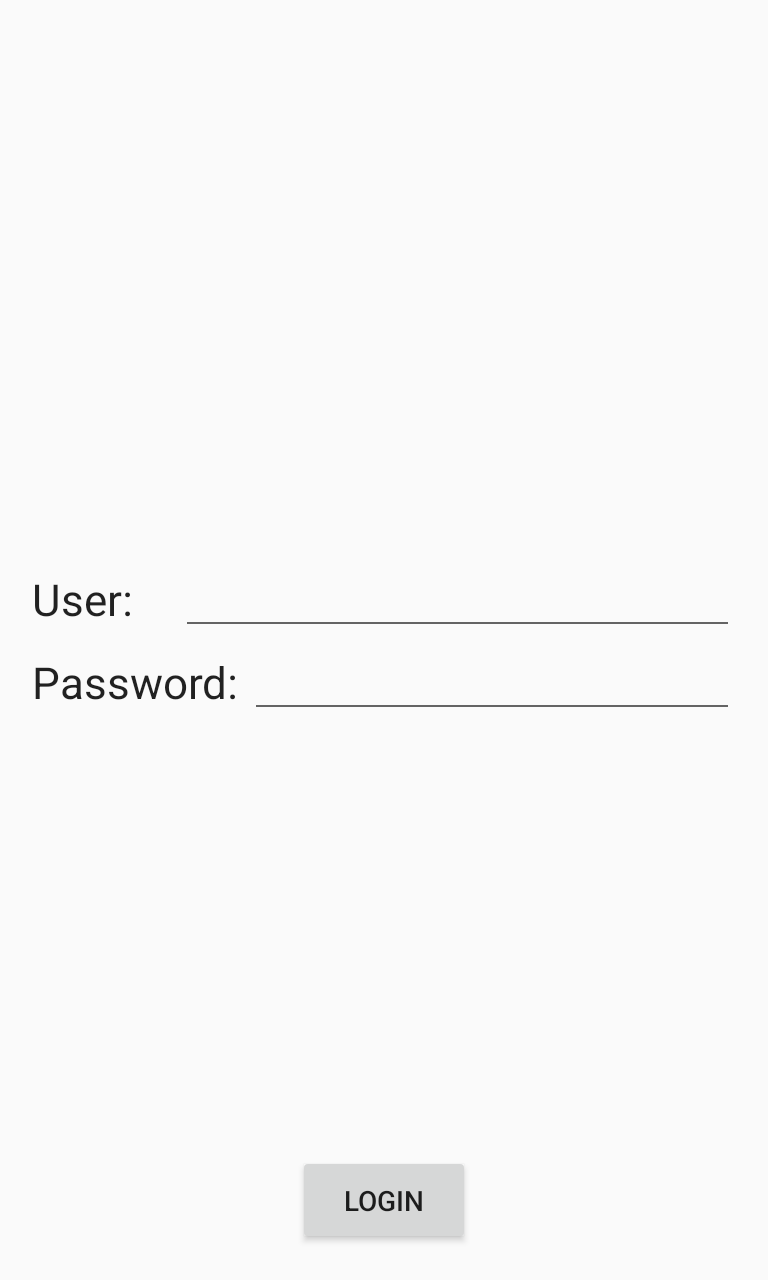
Repository: Y-GO/YGO_Parking_Project_Client
Layout: Ygo_Parking_Project/res/layout/activity_login.xml
These files come from the project's save history. The layout is drawn as it stood at one moment and after the next save; the edit follows.
It is drawn on a 768 x 1280 px phone screen (xhdpi) without system bars, with theme AppTheme; the app's code is not run.

Above is the layout before, as saved 2014-07-28 09:55:42.

### Ygo_Parking_Project/res/layout/activity_login.xml
<RelativeLayout xmlns:android="http://schemas.android.com/apk/res/android"
    xmlns:tools="http://schemas.android.com/tools"
    android:layout_width="fill_parent"
    android:layout_height="fill_parent"
    android:paddingBottom="@dimen/activity_vertical_margin"
    android:paddingLeft="@dimen/activity_horizontal_margin"
    android:paddingRight="@dimen/activity_horizontal_margin"
    android:paddingTop="@dimen/activity_vertical_margin"
    tools:context="com.ygo.ygo_parking_project.MainActivity" >

    <LinearLayout
        android:layout_width="fill_parent"
        android:layout_height="wrap_content"
        android:layout_centerInParent="true"
        android:orientation="vertical" >

        <LinearLayout
            android:layout_width="match_parent"
            android:layout_height="wrap_content"
            android:layout_gravity="center"
            android:orientation="vertical" >

            <LinearLayout
                android:layout_width="match_parent"
                android:layout_height="wrap_content" >

                <TextView
                    android:id="@+id/textView1"
                    android:layout_width="wrap_content"
                    android:layout_height="wrap_content"
                    android:layout_weight="0.25"
                    android:text="@string/user"
                    android:textAppearance="?android:attr/textAppearanceLarge" />

                <EditText
                    android:id="@+id/editUserName"
                    android:layout_width="wrap_content"
                    android:layout_height="wrap_content"
                    android:layout_weight="0.74"
                    android:ems="10" android:inputType="text"/>
            </LinearLayout>
        </LinearLayout>

        <LinearLayout
            android:layout_width="match_parent"
            android:layout_height="wrap_content"
            android:layout_gravity="center"
            android:orientation="vertical" >

            <LinearLayout
                android:layout_width="match_parent"
                android:layout_height="wrap_content"
                android:layout_weight="0.1" >

                <TextView
                    android:id="@+id/textView2"
                    android:layout_width="wrap_content"
                    android:layout_height="wrap_content"
                    android:layout_weight="0.1"
                    android:text="@string/password"
                    android:textAppearance="?android:attr/textAppearanceLarge" />

                <EditText
                    android:id="@+id/editPassword"
                    android:layout_width="wrap_content"
                    android:layout_height="wrap_content"
                    android:layout_weight="0.74"
                    android:ems="10"
                    android:inputType="textPassword" />

            </LinearLayout>

        </LinearLayout>
    </LinearLayout>

    <Button
        android:id="@+id/buttonLogIn"
        android:layout_width="wrap_content"
        android:layout_height="wrap_content"
        android:layout_alignParentBottom="true"
        android:layout_alignWithParentIfMissing="false"
        android:layout_centerHorizontal="true"
        android:text="@string/login" />

</RelativeLayout>

### Ygo_Parking_Project/res/values/strings.xml
<?xml version="1.0" encoding="utf-8"?>
<resources>

    <string name="app_name">Ygo_Parking_Project</string>
    <string name="hello_world">Hello world!</string>
    <string name="action_settings">Settings</string>
    <string name="medium_text">Medium Text</string>
    <string name="login">Login</string>
    <string name="user_">"User: "</string>
    <string name="user">User:</string>
    <string name="password">Password:</string>

</resources>

Loaded but not shown: Ygo_Parking_Project/res/values/styles.xml (common file); Ygo_Parking_Project/res/values-v11/styles.xml (common file); Ygo_Parking_Project/res/values-v14/styles.xml (common file); Ygo_Parking_Project/res/values/dimens.xml (common file); Ygo_Parking_Project/res/values-w820dp/dimens.xml (common file)

After the next save:
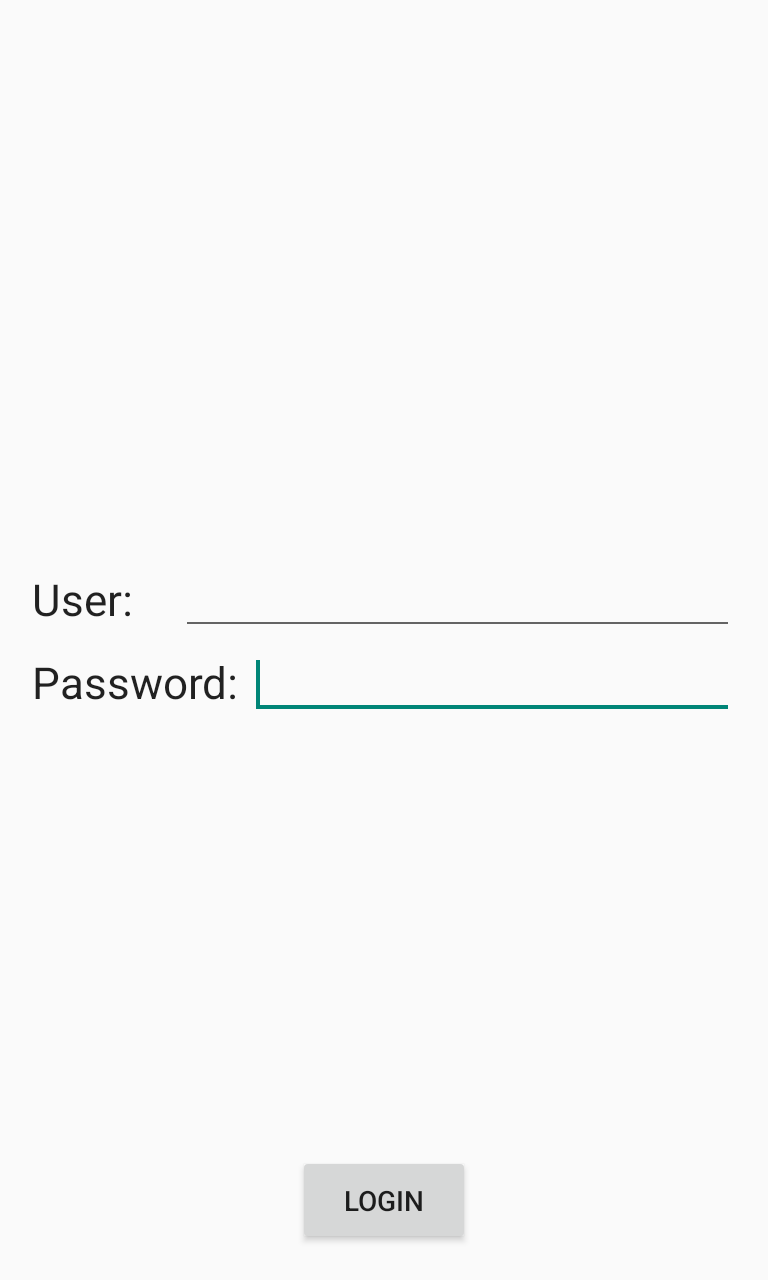
Saved 2 min 6 s later.
--- a/Ygo_Parking_Project/res/layout/activity_login.xml
+++ b/Ygo_Parking_Project/res/layout/activity_login.xml
@@ -39,18 +39,10 @@
                     android:layout_weight="0.74"
                     android:ems="10" android:inputType="text"/>
             </LinearLayout>
-        </LinearLayout>
-
-        <LinearLayout
-            android:layout_width="match_parent"
-            android:layout_height="wrap_content"
-            android:layout_gravity="center"
-            android:orientation="vertical" >
 
             <LinearLayout
                 android:layout_width="match_parent"
-                android:layout_height="wrap_content"
-                android:layout_weight="0.1" >
+                android:layout_height="wrap_content" >
 
                 <TextView
                     android:id="@+id/textView2"
@@ -66,8 +58,10 @@
                     android:layout_height="wrap_content"
                     android:layout_weight="0.74"
                     android:ems="10"
-                    android:inputType="textPassword" />
+                    android:inputType="textPassword" >
 
+                    <requestFocus />
+                </EditText>
             </LinearLayout>
 
         </LinearLayout>
